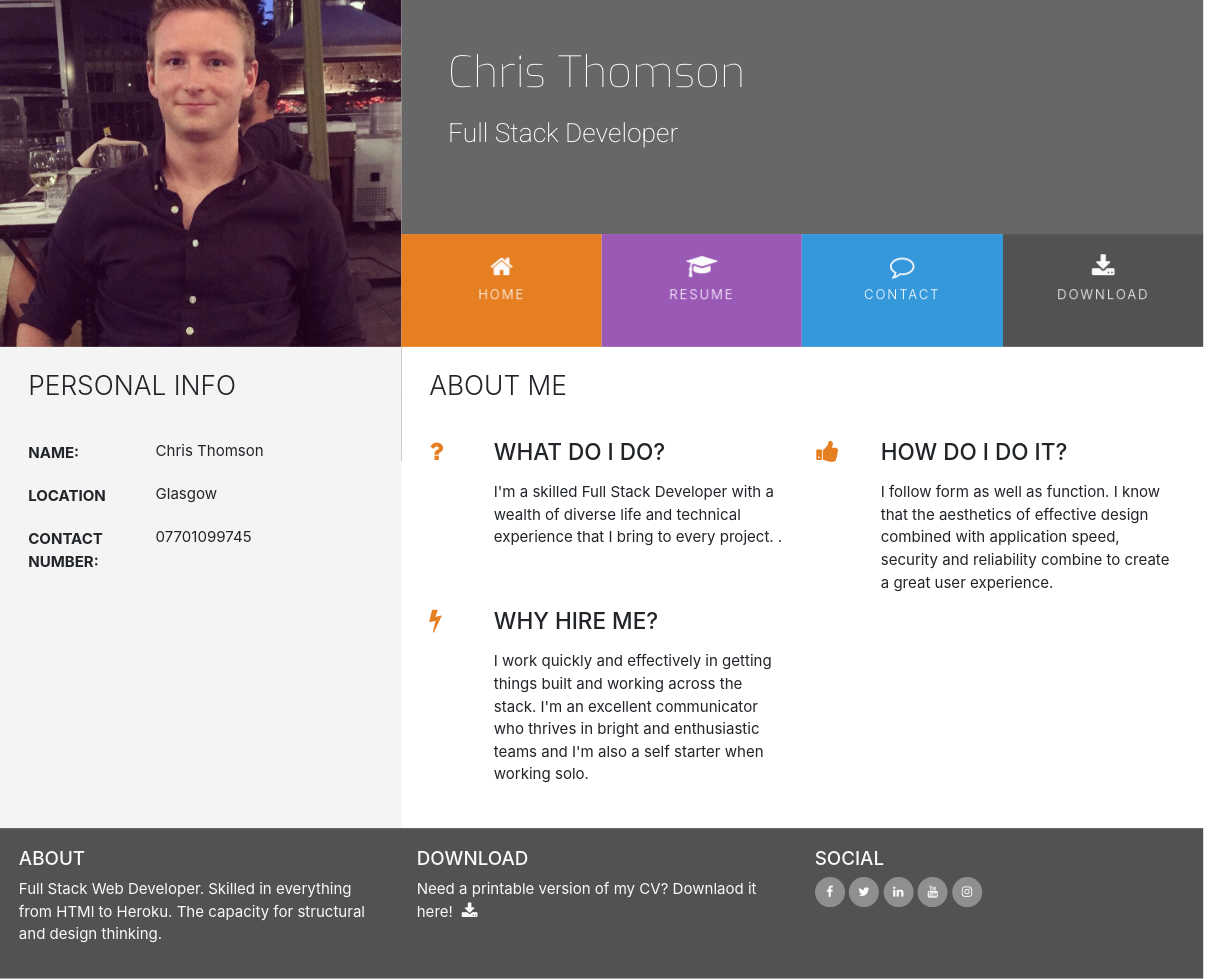
Repository: cthoms1993/Resume
Page: index.html
The author's editor kept a record of every edit. The page is drawn from the files as they stood at one moment, then again after the next edit.
The browser window is 1280 px wide. The page is 1295 px wide, so the pictures cover 1295 px, including what lies to the right of the window. The pictures show the whole page, at 94% of full size.

Above is the page before.

### index.html
<!DOCTYPE html>
<html lang="en-us">

<head>
    <meta charset="UTF-8">
    <meta name="viewport" content="width=device-width, initial-scale=1.0">
    <meta http-equiv="X-UA-Compatible" content="ie=edge">
    <link rel="stylesheet" href="https://stackpath.bootstrapcdn.com/bootstrap/4.3.1/css/bootstrap.min.css" type="text/css" />
    <link rel="stylesheet" href="https://stackpath.bootstrapcdn.com/font-awesome/4.7.0/css/font-awesome.min.css" type="text/css" />
    <link rel="stylesheet" href="https://cdnjs.cloudflare.com/ajax/libs/hover.css/2.3.1/css/hover-min.css" type="text/css" />
    <link rel="stylesheet" href="assets/css/style.css" type="text/css" />
    <title>Chris Thomson Resume</title>

</head>

<body>
    <header>
        <div class="row no-gutters">
            <a href="index.html" class="col-md-4 logo">

            </a>
            <div class="col-md-8">
                <div class="row no-gutters bg-color-name-title">
                    <div class="col heading">
                        <h1 class="name">Chris Thomson</h1>
                        <h2 class="title">Full Stack Developer</h2>
                    </div>
                </div>
                <div class="row no-gutters">
                    <div class="col">
                        <ul class="nav" class="list-inline menucontainer">
                            <li class="col-6 col-sm-3 ui-menu-color-home list-inline-item menuitem">
                                <a href="#" class="hvr-sweep-to-bottom"><i class="fa fa-home" aria-hidden="true"></i><span>Home</span></a>
                            </li>
                            <li class="col-6 col-sm-3 ui-menu-color-resume list-inline-item menuitem">
                                <a href="#" class="hvr-sweep-to-bottom"><i class="fa fa-graduation-cap" aria-hidden="true"></i><span>Resume</span></a>
                            </li>
                            <li class="col-6 col-sm-3 ui-menu-color-contact list-inline-item menuitem">
                                <a href="#" class="hvr-sweep-to-bottom"><i class="fa fa-comment-o" aria-hidden="true"></i><span>Contact</span></a>
                                <li class="col-6 col-sm-3 ui-menu-color-download list-inline-item menuitem">
                                    <a href="#" class="hvr-sweep-to-bottom"><i class="fa fa-download" aria-hidden="true"></i><span>Download</span></a>
                                </li>
                            </li>
                        </ul>
                    </div>
                </div>
            </div>
        </div>

    </header>
    <section class="container-fluid">
        <div class="row">
            <div class="col-md-4 bg-color-personal-info section-column">
                <div class="row">
                    <div class="col-12">
                        <h3 class="section-heading uppercase">Personal Info</h3>
                    </div>
                </div>
                <div class="personal-info-item">
                    <div class="key">
                        <p class="uppercase">
                            Name:
                        </p>
                    </div>
                    <div class="value">
                        <p>
                            Chris Thomson
                        </p>
                    </div>
                </div>
                 <div class="personal-info-item">
                    <div class="key">
                        <p class="uppercase">
                            Location
                        </p>
                    </div>
                    <div class="value">
                        <p>
                            Glasgow
                        </p>
                    </div>
                </div>
                 <div class="personal-info-item">
                    <div class="key">
                        <p class="uppercase">
                            contact number:
                        </p>
                    </div>
                    <div class="value">
                        <p>
                            07701099745
                        </p>
                    </div>
                </div>
            </div>
            <div class="col-md-8 bg-color-three-reasons section-column">
                <div class="row">
                    <div class="col">
                        <h3 class="section-heading uppercase">About Me</h3>
                    </div>
                </div>
                <div class="row">
                    <div class="col-10 offset-1 offset-sm-0 col-sm-4 col-md-6">
                        <div class="row">
                            <div class="col-2">
                                <i class="three-reasons-icon fa fa-question" arai-hidden="true"></i>
                            </div>
                            <div class="col-10">
                                <h4 class="three-reasons-heading uppercase">What do I do?</h4>
                                <p>I'm a skilled Full Stack Developer with a wealth of diverse life and technical experience that I bring to every project. .</p>
                            </div>
                        </div>
                    </div>
                    <div class="col-10 offset-1 offset-sm-0 col-sm-4 col-md-6">
                        <div class="row">
                            <div class="col-2">
                                <i class="three-reasons-icon fa fa-thumbs-up" arai-hidden="true"></i>
                            </div>
                            <div class="col-10">
                                <h4 class="three-reasons-heading uppercase">How do I do it?</h4>
                                <p>I follow form as well as function. I know that the aesthetics of effective design combined with application speed, security and reliability combine to create a great user experience.
                                </p>
                            </div>
                        </div>
                    </div>
                    <div class="col-10 offset-1 offset-sm-0 col-sm-4 col-md-6">
                        <div class="row">
                            <div class="col-2">
                                <i class="three-reasons-icon fa fa-bolt" aria-hidden="true"></i>
                            </div>
                            <div class="col-10">
                                <h4 class="three-reasons-heading uppercase">Why hire me?</h4>
                                <p>
                                    I work quickly and effectively in getting things built and working across the stack. I'm an excellent communicator who thrives in bright and enthusiastic teams and I'm also a self starter when working solo.
                                </p>
                            </div>
                        </div>
                    </div>
                </div>
            </div>
        </div>
    </section>
    <footer>
        <div id="footer-details" class="row">
            <div class="col-sm-4">
                <h5 class="uppercase general-sub">About</h5>
                <p class="inline-block">Full Stack Web Developer. Skilled in everything from HTMl to Heroku. The capacity for structural and design thinking.</p>
            </div>
            <div class="col-sm-4">
                <h5 class="uppercase general-sub">Download</h5>
                <p class="inline-block">Need a printable version of my CV? Downlaod it here!
                    <a href="#" target="_blank" class="cv-pdf">
                    <i class="fa fa-download" aria-hidden="true"></i>
                    <span class="sr-only">Download link.</span>
                </a>
                </p>
            </div>
            <div class="col-sm-4">
                <h5 class="uppercase general-sub">Social</h5>
                <ul class="list-inline social-links">
                    <li class="list-inline-item">
                        <a target="_blank" href="#">
                            <i class="fa fa-facebook" aria-hidden="true">
                            <span class="sr-only">Facebook</span></i>
                        </a>
                    </li>
                    <li class="list-inline-item">
                        <a target="_blank" href="#">
                            <i class="fa fa-twitter" aria-hidden="true"></i>
                            <span class="sr-only">Twitter</span>
                        </a>
                    </li>
                    <li class="list-inline-item">
                        <a target="_blank" href="#">
                            <i class="fa fa-linkedin" aria-hidden="true"></i>
                            <span class="sr-only">Linkedin</span>
                        </a>
                    </li>
                    <li class="list-inline-item">
                        <a target="_blank" href="#">
                            <i class="fa fa-youtube" aria-hidden="true"></i>
                            <span class="sr-only">Youtube</span>
                        </a>
                    </li>
                    <li class="list-inline-item">
                        <a target="_blank" href="#">
                            <i class="fa fa-instagram" aria-hidden="true"></i>
                            <span class="sr-only">Instagram</span>
                        </a>
                    </li>
                </ul>
            </div>
    </footer>

</body>

</html>

### assets/css/style.css
@import url('https://fonts.googleapis.com/css?family=Roboto:100,200,300,400,500,600,700|Exo:100,200,300,400,500,600,700');
/*-------------------------Colours*/

.bg-color-name-title {
    background-color: #676767;
}


.bg-color-three-reasons {
    background-color: #fff;
}

.bg-color-personal-info {
    background-color: #f4f4f4;
}

.ui-menu-color-home {
    background-color: #e67e22;
}

.ui-menu-color-resume {
    background-color: #9b59b6;
}

.ui-menu-color-contact {
    background-color: #3498db;
}

.ui-menu-color-download {
    background-color: #525252;
}

/*-------------------------special margins padding and text.*/

h1,
h2,
h3,
h4 {
    margin: 0;
}

.uppercase {
    text-transform: uppercase;

}

.General-sub {
    font-family: "exo", sans-serif;
    font-weight: 300;
    color: #fafafa;
}

.inline-block {
    display: inline-block;
}


.row-table {
    display: table;
}


.section-column {
    display: table-cell;
    padding: 0 30px 30px;
    float: none;
}

.section-heading {
    font: "exo", sans-serif;
    font-weight: 300;
    margin-top: 25px;
    margin-bottom: 40px;

}

/*-------------------------heading*/

header {
    margin: 0;

}

.heading {
    margin-left: 50px;
}

.logo {
    background: url("../images/me.jpg");
    background-position: center;
    background-repeat: no-repeat;
    background-size: cover;
    min-height: 360px;
    transition: all .5s ease-in-out;
    -moz-transition: all .5s ease-in-out;
    -webkit-transition: all .5s ease-in-out;
}

.name {
    font-family: "exo", sans-serif;
    font-weight: 100;
    font-size: 46px;
    margin-top: 50px;
    color: #fff;

}

.title {
    font-family: "roboto", sans-serif;
    font-weight: 200;
    font-size: 28px;
    margin-top: 20px;
    margin-bottom: 90px;
    color: #fff;
}

.list-inline-item:not(:last-child) {
    margin: 0;
}

.menucontainer {
    font-size: 0;
}

#nav {
    margin: 0;
}

#nav li {
    font-size: 14px;
    padding: 0;

}

.menuitem {
    height: 120px;
    text-align: center;
    padding: 0;
}

.menuitem a {
    width: 100%;
    text-decoration: none;
    color: #fff;
    height: 120px;
}

.menuitem a i {
    padding-top: 22px;
    display: block;
    color: #fafafa;
    font-size: 26px;
}

.menuitem span {
    display: block;
    width: 100%;
    padding-top: 5px;
    text-align: center;
    text-transform: uppercase;
    font-size: 14px;
    font-weight: 300;
    letter-spacing: 2px;
}

/*-------------------------hover.css*/

.hvr-sweep-to-bottom:before {
    background-color: rgba(0, 0, 0, 0.2);
    height: 120px;

}

/*-------------------------footer*/

footer {
    background-color: #525252;
    color: #fafafa;
    min-height: 120px;
    margin: 0;

}

.cv-pdf i {
    font-size: 18px;
    color: #fafafa;
    text-align: center;
    padding-left: 5px;
    transition: all 0.35s ease-in-out;
    -moz-transition: all 0.35s ease-in-out;
    -webkit-transition: all 0.35s ease-in-out;
    -o-transition: all 0.35s ease-in-out;
}

.cv-pdf i:hover {
    color: #e84610;
}

.social-links {
    padding-bottom: 15px;
}

.social-links li a i {
    width: 32px;
    height: 32px;
    padding: 12px 0;
    border-radius: 50%;
    font-size: 13px;
    line-height: 7px;
    text-align: center;
    color: #fafafa;
    background: #8f8f8f;
    transition: all 0.35s ease-in-out;
    -moz-transition: all 0.35s ease-in-out;
    -webkit-transition: all 0.35s ease-in-out;
    -o-transition: all 0.35s ease-in-out;
}

.social-links li a i:hover {
    background: #e84610;
}

#footer-details {
    padding: 20px;
}

/*-------------------------Three-reasons*/

.three-reasons-icon {
    font-size: 26px;
    color: #e67e22;
}

.three-reasons-heading {
    margin-bottom: 15px;

}

.bg-color-personal-info {
    background-color: #f4f4f4;
}


/*-------------------------Personal info*/

.personal-info-item {
    margin-bottom: 20px;
    display: block;
    clear: both;

}

.personal-info-item .key,
.personal-info-item .value {
    padding-right: 8px;
    display: inline-block;
}

.personal-info-item .key p,
.personal-info-item .value p {
    margin: 0;
}

.personal-info-item .key {
    width: 30%;
    margin-right: 21px;
    padding-top: 2px;
    vertical-align: top;
}

.personal-info-item .key p{
    font-weight:700;
}

.personal-info-item .value{
    position:relative;
    width:60%;

}

After the next edit:
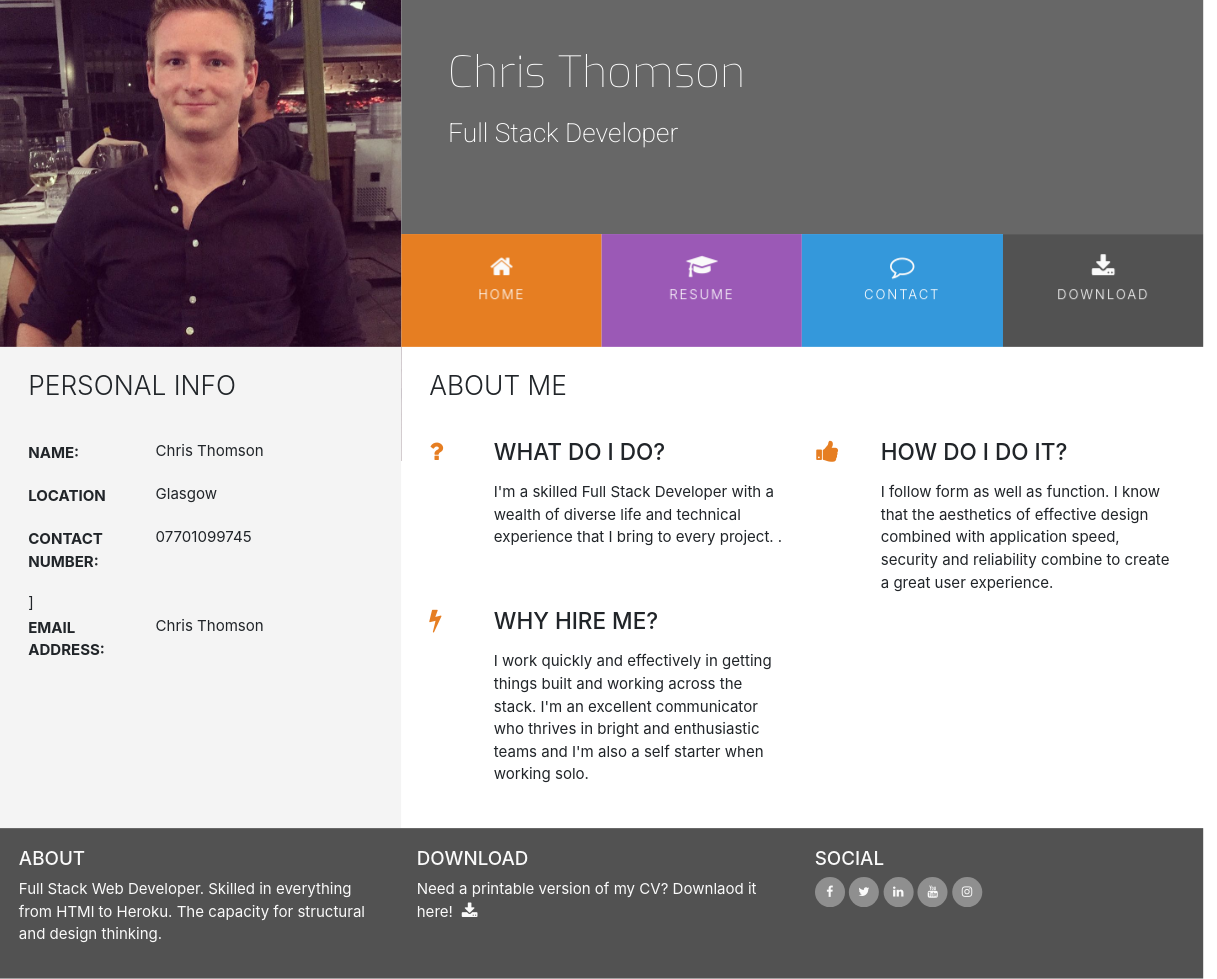
The edit:
--- a/index.html
+++ b/index.html
@@ -91,6 +91,18 @@
                             07701099745
                         </p>
                     </div>
+                </div>]
+                 <div class="personal-info-item">
+                    <div class="key">
+                        <p class="uppercase">
+                            email address:
+                        </p>
+                    </div>
+                    <div class="value">
+                        <p>
+                            Chris Thomson
+                        </p>
+                    </div>
                 </div>
             </div>
             <div class="col-md-8 bg-color-three-reasons section-column">
